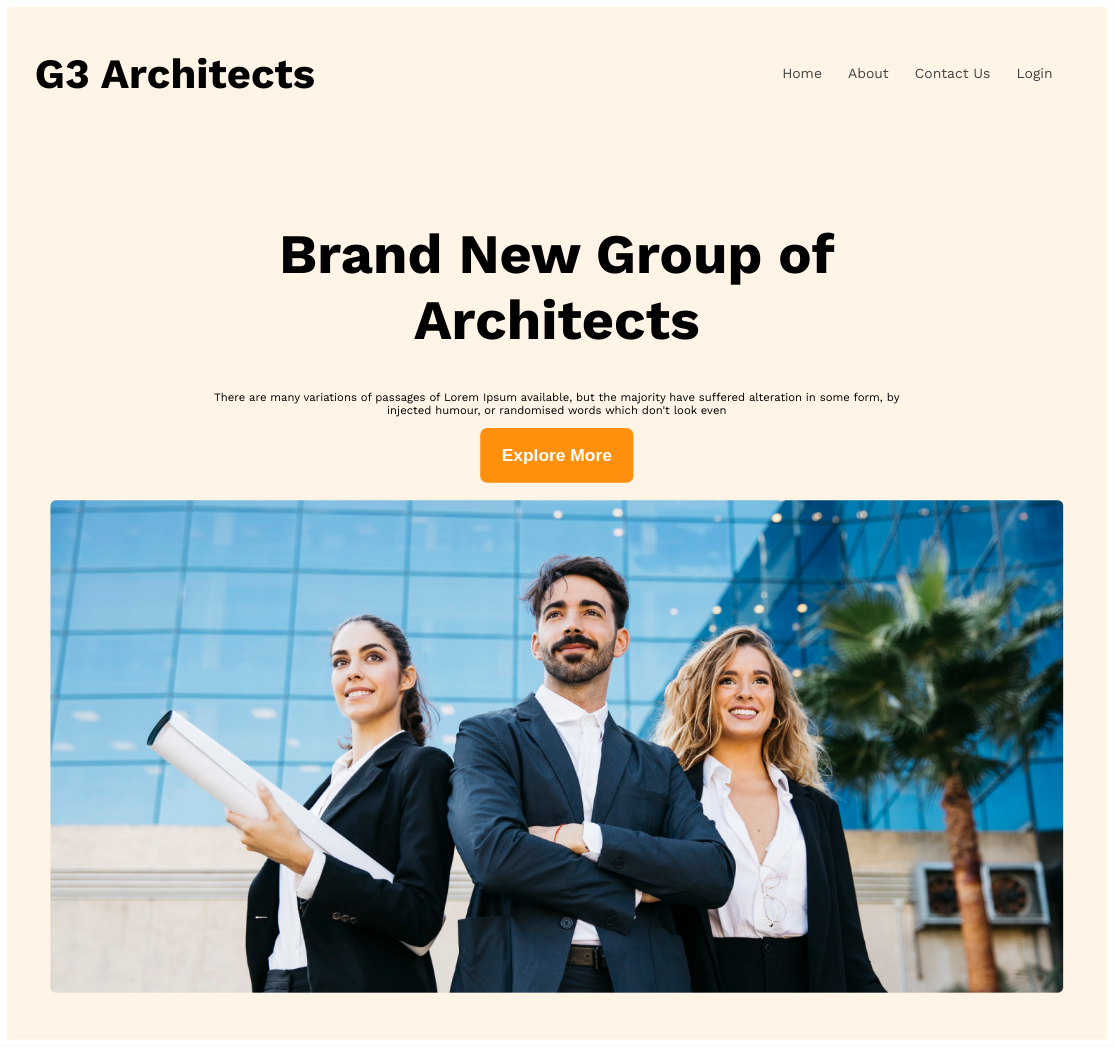
Repository: dollyrakhe22/g3-architects-website
Page: index.html
An editor plug-in stored every save of this project. The page is shown before and after the next save, followed by the edit.
The browser window is 1280 px wide. The pictures show the whole page, at 87% of full size.

Above is the page before, as saved 2025-07-20 17:16:52.

### index.html
<!DOCTYPE html>
<html lang="en">
<head>
    <meta charset="UTF-8">
    <meta name="viewport" content="width=device-width, initial-scale=1.0">
    <title>Architects Website</title>
    <link rel="stylesheet" href="style.css">
</head>
<body class="work-sans-font">
   <header>
     <header class="bg-light">
           <nav class="navbar  display-flex">
             <h3 class="brand">G3 Architects</h3>
             <ul class="nav-links display-flex">
              <li class="nav-item"><a href="" class="nav-link text-gray ">Home</a></li>
              <li class="nav-item"><a href="" class="nav-link text-gray ">About</a></li>
              <li class="nav-item"><a href="" class="nav-link text-gray ">Contact Us</a></li>
              <li class="nav-item"><a href="" class="nav-link text-gray ">Login</a></li>
             </ul>
           </nav>
           <div class="banner">
          <div class="banner-content">
              <h1 class="banner-title">Brand New Group of Architects </h1>
              <p class="banner-description">There are many variations of passages of Lorem Ipsum available, but the majority have suffered alteration in some form, by injected humour,
              or randomised words which don't look even</p>
            <button class="btn-primary">Explore More</button>
          </div>
            <img class="banner-img" src="images/banner.png" alt="" srcset="">
           </div>
    </header>
   </header>


   <main>
   </main>
    <footer>

    </footer>
</body>
</html>

### style.css
@import url('https://fonts.googleapis.com/css2?family=Work+Sans:ital,wght@0,100..900;1,100..900&display=swap');

.work-sans-font {
  font-family: "Work Sans", sans-serif;
  font-optical-sizing: auto;
  font-weight: 400px;
  font-style: normal;
}
/*shared styles*/
.display-flex{
  display: flex;
}
/*dark 02*/
.text-gray{
  color: #424242;
}
/*dark 03*/
.text-light-gray{
  color:#727272;
}
.navbar{
  justify-content: space-between;
  align-items: center;
}
.bg-light{
  background-color: rgba(255, 144, 14, 0.1);
}
.brand{
  font-weight: 700;
  font-size: 3rem;
}
/*header styles*/


/*navbar related styles*/
.navbar{
  display: flex;
}
.nav-item{
  list-style: none;
  margin-right: 30px;
}
.nav-link{
  text-decoration: none;
  font-size: 500;
}
.navbar,.banner {
  max-width: 1200px;
  margin: 0 auto;

}


/*banner related styles*/
.banner-content{
  max-width: 800px;
  margin: 0 auto;
  text-align: center;
}
.banner{
  padding: 50px;

}
.banner-img{
  width: 100%;
}
.banner-title{
  font-weight: 700;
  font-size: 4rem;
}
.banner-description{
  font-size: 13px;


}
.btn-primary{
  background-color: #FF900E;
  color: white;
  padding: 20px 25px;
  font-size: 1.25rem;
  font-weight: 600;
  border:none;
  border-radius: 8px;
  margin-bottom: 20px;
}

After the next save:
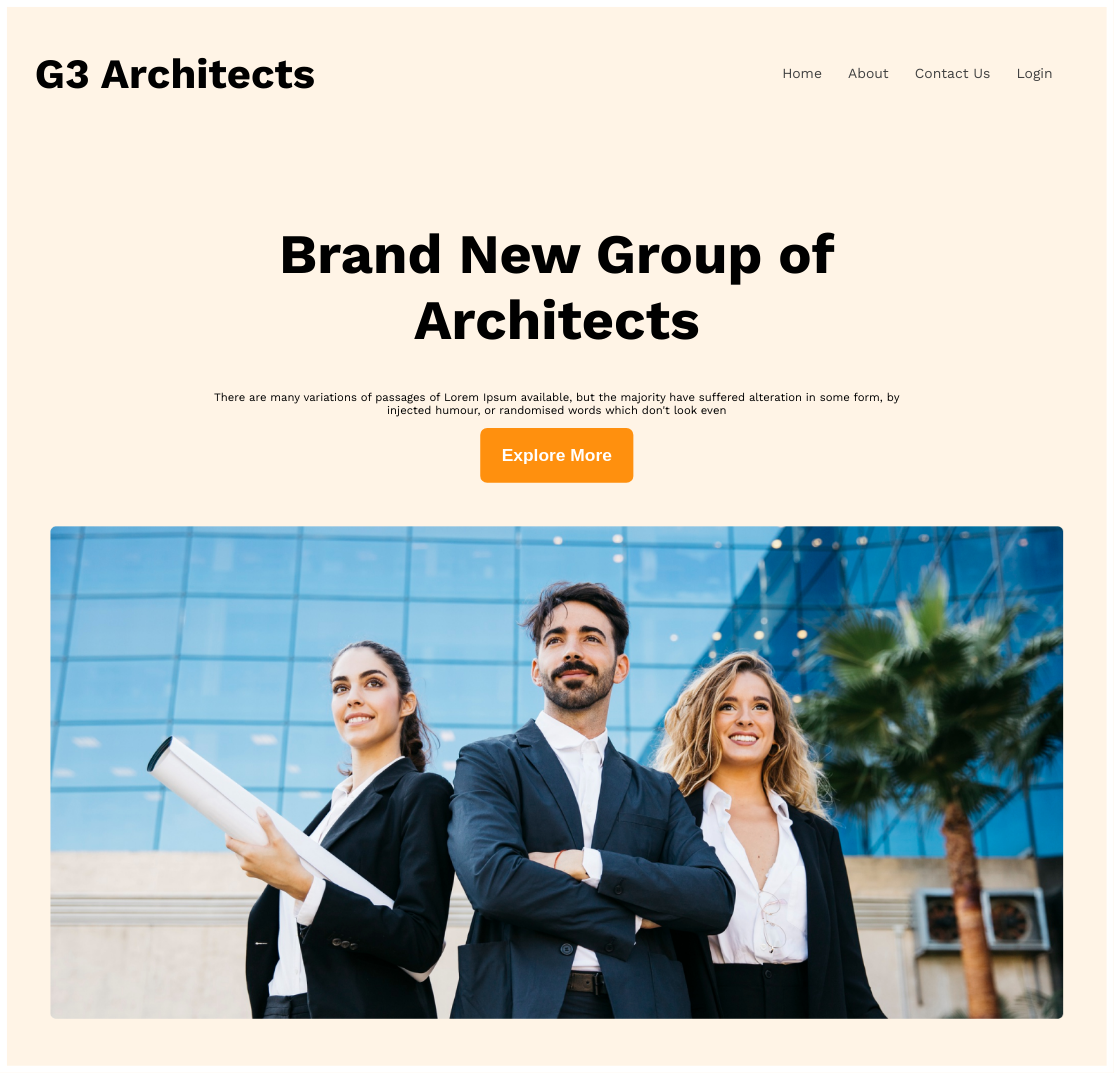
Saved 3 min 54 s later.
--- a/style.css
+++ b/style.css
@@ -56,6 +56,7 @@
   max-width: 800px;
   margin: 0 auto;
   text-align: center;
+  margin-bottom: 50px;
 }
 .banner{
   padding: 50px;
@@ -81,5 +82,5 @@
   font-weight: 600;
   border:none;
   border-radius: 8px;
-  margin-bottom: 20px;
+
 }

After the save that followed:
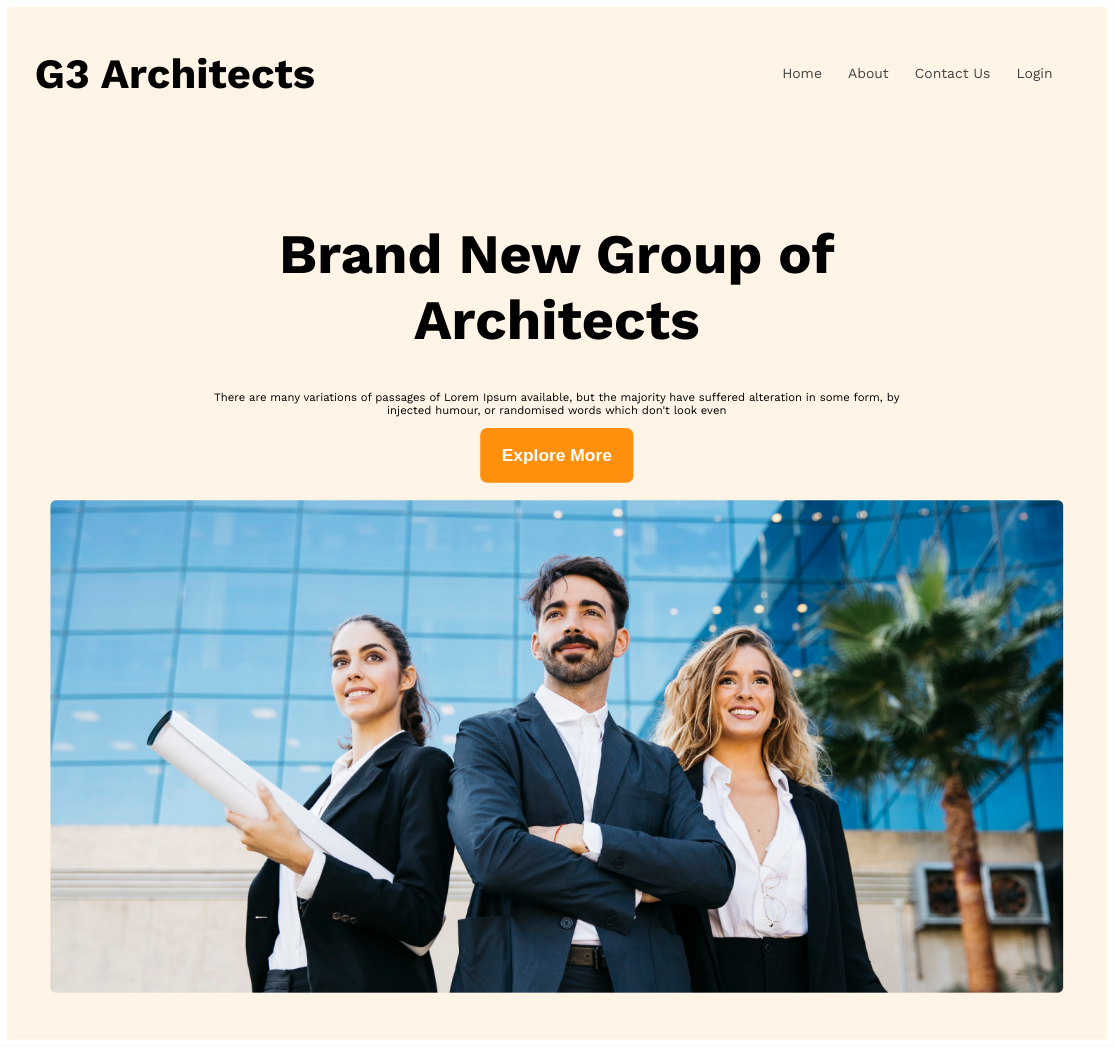
Saved 28 s later.
--- a/style.css
+++ b/style.css
@@ -56,7 +56,8 @@
   max-width: 800px;
   margin: 0 auto;
   text-align: center;
-  margin-bottom: 50px;
+  margin-bottom: 20px;
+  margin-top: 20px;
 }
 .banner{
   padding: 50px;
